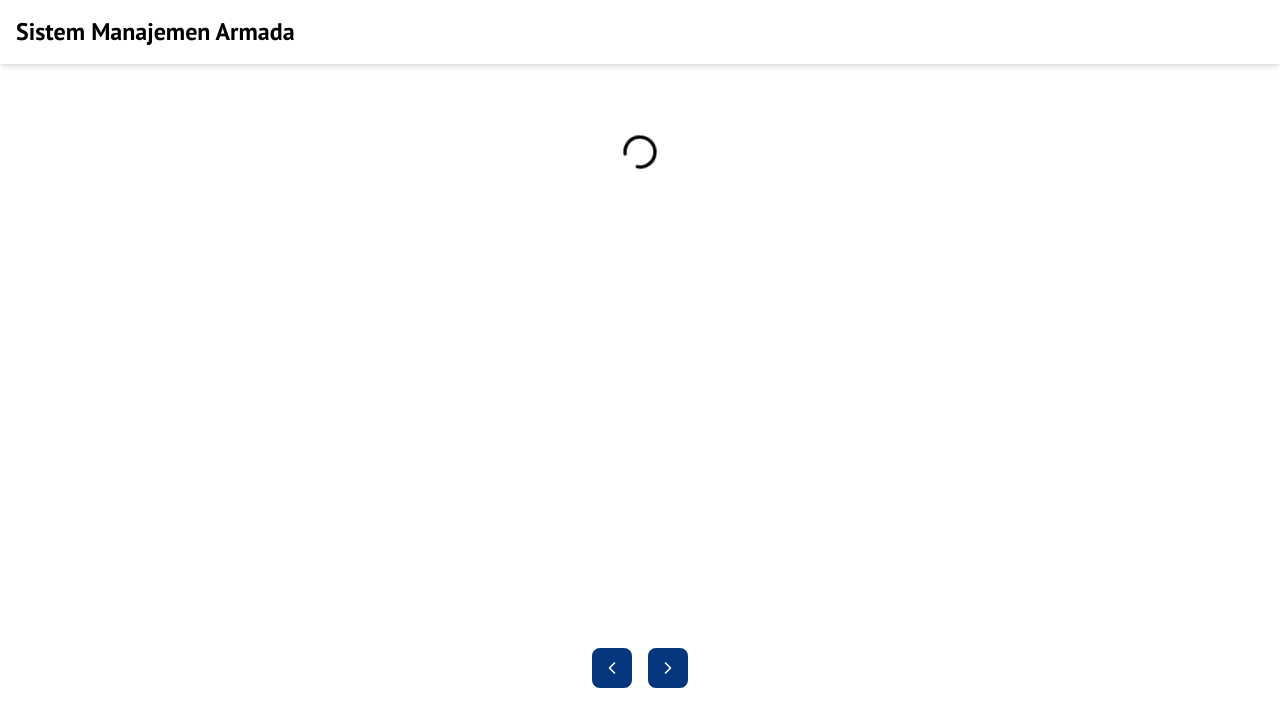
Repository: SyahrulRmd/8973d208-5d3b
Page: /
These files come from the project's save history. The page is drawn as it stood at one moment and after the next save; the edit follows.
The browser window is 1280 px wide. The pictures show the whole page.
The page's requests for data from a server got no answer. The project was rebuilt for these pictures with package versions that can differ from the ones it lists, and the page was loaded fresh each time. No one was signed in, and anything a server would have sent is missing. Also part of the build but not shown: vite.config.ts, src/components/ui/dialog.tsx, src/components/icons/bus.tsx.

Above is the page before, as saved 2025-07-05 22:47:42.

After the next save:
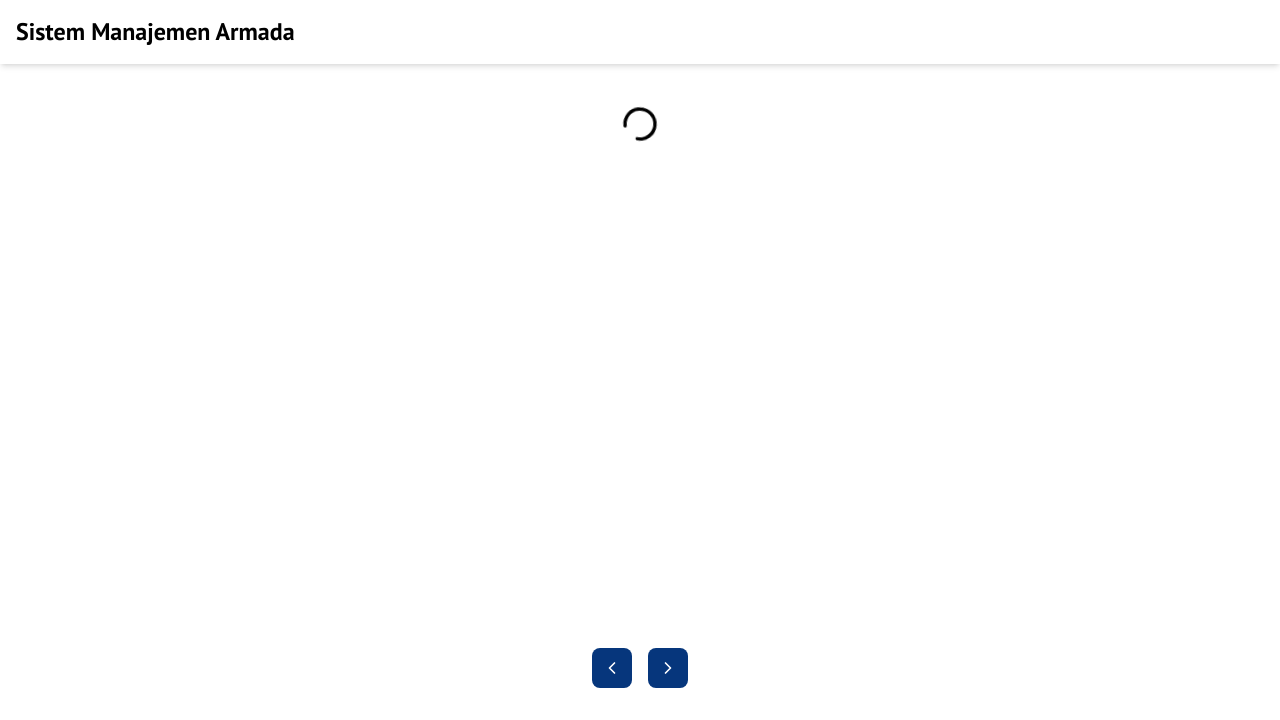
Saved 10 s later.
--- a/src/App.tsx
+++ b/src/App.tsx
@@ -23,7 +23,7 @@ function App() {
           {loading ? (
             <div className='col-span-12 h-full'>
               <div className=' space-y-3'>
-                <div className='flex justify-center items-center h-24'>
+                <div className='flex justify-center items-center'>
                   <Loader2 className='w-10 h-10 animate-spin' />
                 </div>
               </div>
